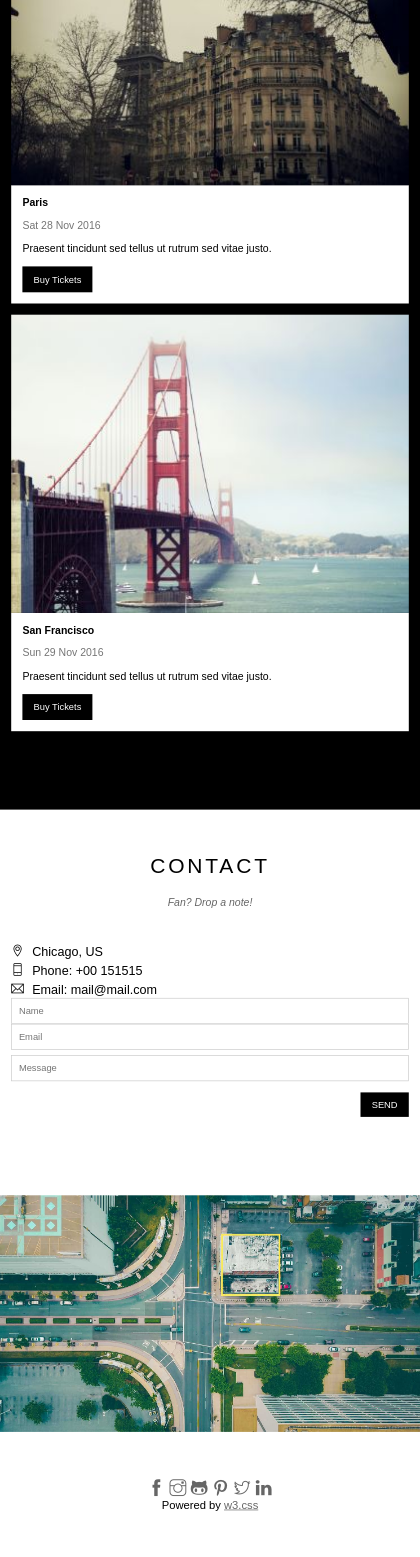
Repository: maivannhan1998/git-w3band
Page: index.html
These files come from the project's save history. The page is drawn as it stood at one moment and after the next save; the edit follows.
The browser window is 600 px wide. The pictures show the part of the page from y = 3171 to 5411 px (the page is 5395 px tall before and 5411 px after), at 70% of full size.

Above is the page before, as saved 2021-09-11 12:07:10.

After the next save:
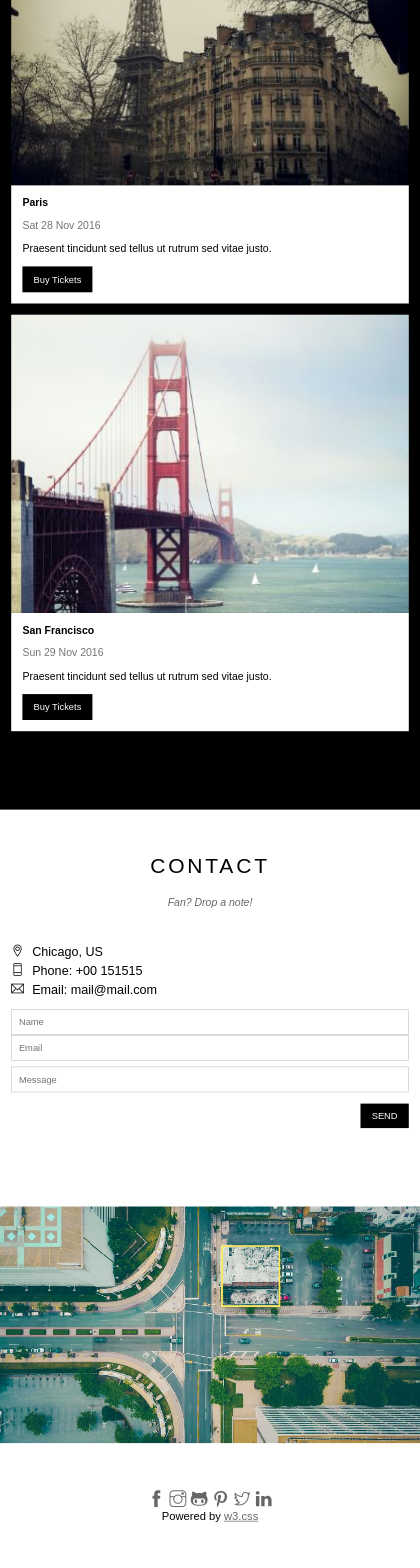
Saved 116 s later.
--- a/asset/css/responsive.css
+++ b/asset/css/responsive.css
@@ -53,6 +53,9 @@
         width: 60%;
     }
 
+    .contact-form {
+        padding-top: 16px;
+    }
 
 
 
